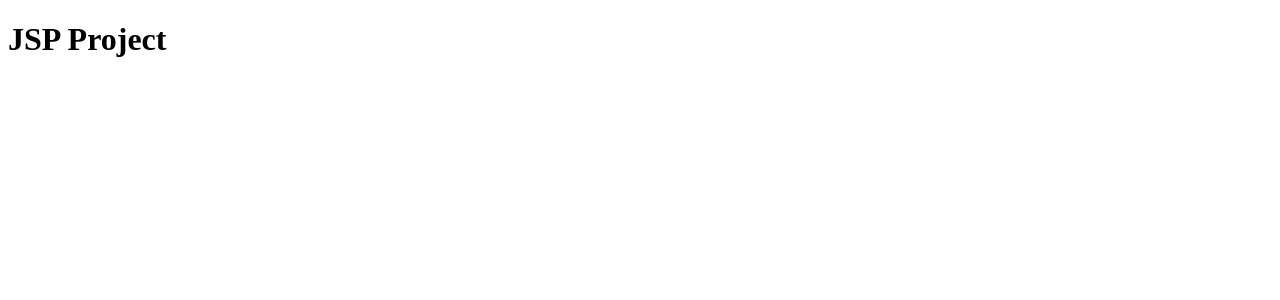
Repository: ParkHyeonju12/servlet
Page: web-workspace/04_jspProject/src/main/webapp/index.html
These files come from the project's save history. The page is drawn as it stood at one moment and after the next save; the edit follows.
The browser window is 1280 px wide. The pictures show the whole page.

Above is the page before, as saved 2022-08-30 05:49:57.

After the next save:
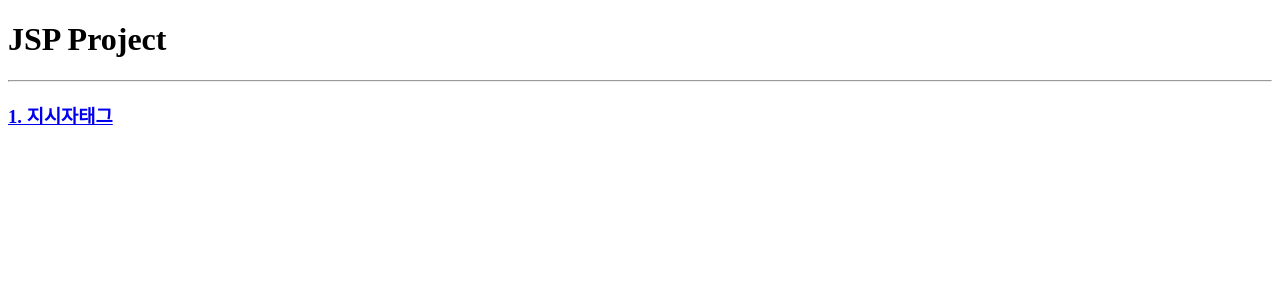
Saved 118 s later.
--- a/web-workspace/04_jspProject/src/main/webapp/index.html
+++ b/web-workspace/04_jspProject/src/main/webapp/index.html
@@ -6,5 +6,7 @@
 </head>
 <body>
 	<h1>JSP Project</h1>
+	<hr>
+	<h3><a href="/jsp/directiveTag.jsp">1. 지시자태그</a></h3>
 </body>
 </html>
